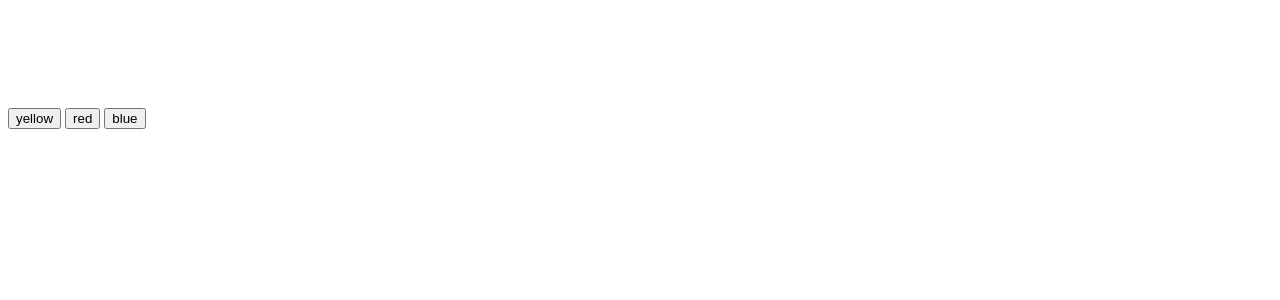
Repository: mjh1583/Hustar03_eGov
Page: http://localhost/JavaScript/js007.jsp
These files come from the project's save history. The page is drawn as it stood at one moment and after the next save; the edit follows.
The browser window is 1280 px wide. The pictures show the whole page.
The page is served by Tomcat 9.

Above is the page before, as saved 2021-05-06 07:43:22.

After the next save:
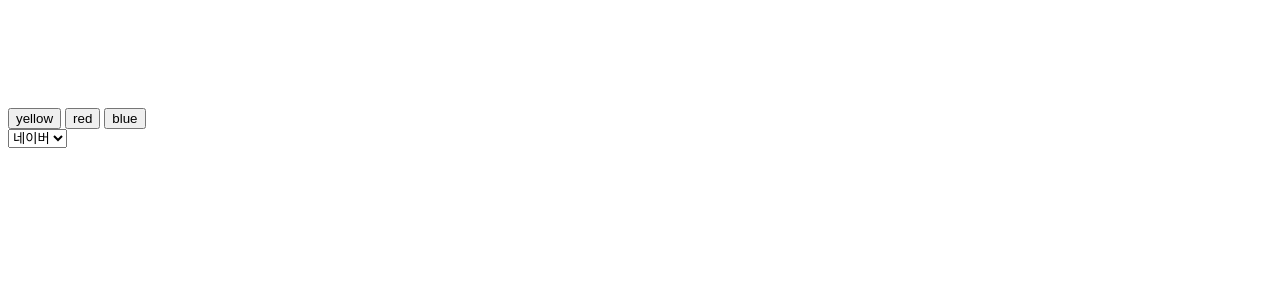
Saved 3 min 5 s later.
--- a/workspace/JavaScript/src/main/webapp/js007.jsp
+++ b/workspace/JavaScript/src/main/webapp/js007.jsp
@@ -14,6 +14,14 @@
 	<input type="button" class="btn" value="red" w="150px" h="200px"/>
 	<input type="button" class="btn" value="blue" w="500px" h="1000px"/>
 
+	<div>
+		<select>
+			<option value="https://www.naver.com">네이버</option>
+			<option value="https://www.daum.net">다음</option>
+			<option value="https://www.google.com">구글</option>
+		</select>
+	</div>
+
 	<script src="https://code.jquery.com/jquery-3.6.0.js"></script>
 	<script type="text/javascript">
 		$('.btn').bind('click', function() {
